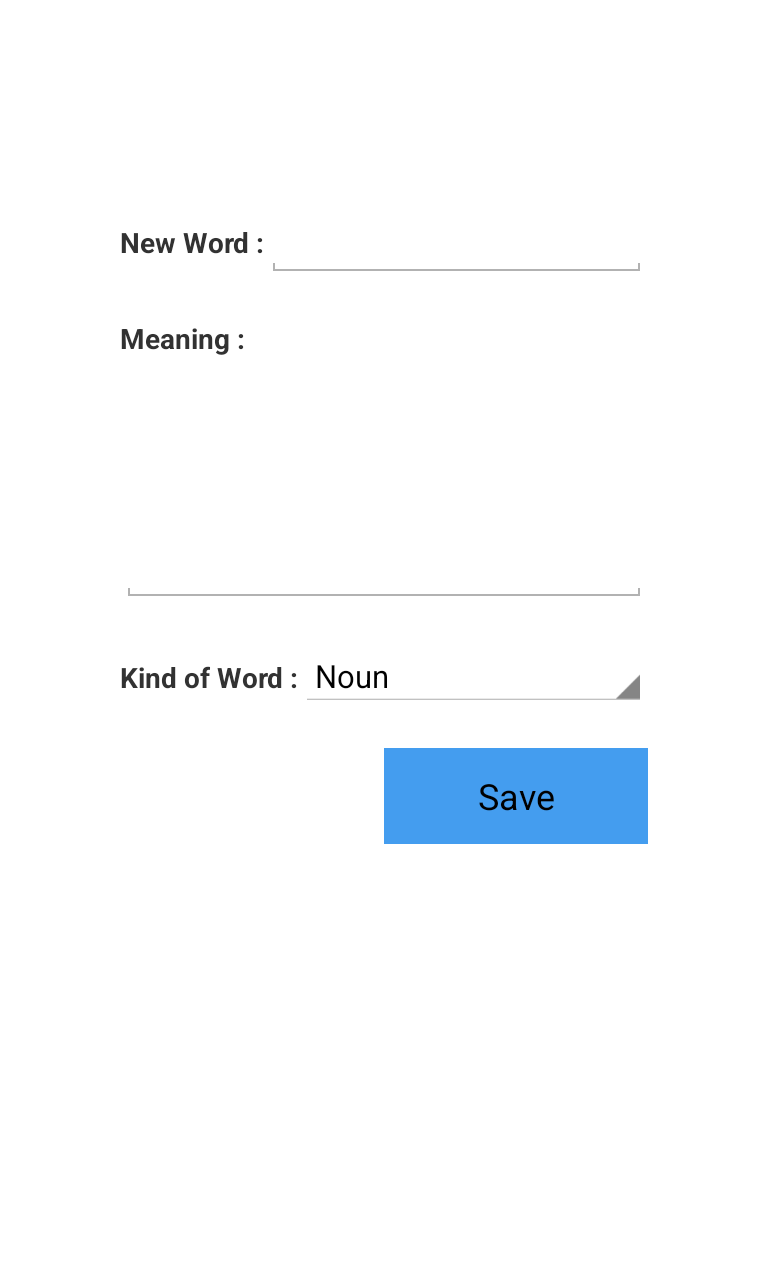
Repository: karno123/AndroidWordReminder
Layout: WordRemainder/res/layout/add_word_layout.xml
These files come from the project's save history. The layout is drawn as it stood at one moment and after the next save; the edit follows.
It is drawn on a 768 x 1280 px phone screen (xhdpi) without system bars, with theme AppTheme; the app's code is not run.

Above is the layout before, as saved 2014-07-06 08:14:19.

### WordRemainder/res/layout/add_word_layout.xml
<?xml version="1.0" encoding="utf-8"?>
<LinearLayout xmlns:android="http://schemas.android.com/apk/res/android"
    android:layout_width="fill_parent"
    android:layout_height="fill_parent"
    android:paddingLeft="60dp"
    android:paddingRight="60dp"
    android:paddingTop="80dp"
    android:orientation="vertical" >

    <LinearLayout
	        android:layout_width="fill_parent"
	        android:layout_height="wrap_content"
	        android:orientation="horizontal"
	        android:paddingTop="20dp">

        <TextView
	        android:id="@+id/text_new_word"
	        android:layout_width="wrap_content"
	        android:layout_height="wrap_content"
	        android:textStyle="bold"
	        android:text="@string/new_text_word"/>

         <EditText
	        android:inputType="text"
	        android:id="@+id/input_text_new_word"
	        android:layout_width="0dp"
	        android:layout_weight="0.8"
	        android:layout_height="wrap_content"
	        />

    </LinearLayout>

    <LinearLayout
            android:layout_width="fill_parent"
	        android:layout_height="wrap_content"
	        android:orientation="vertical"
	        android:paddingTop="20dp">
        <TextView
	        android:id="@+id/text_meaning_word"
	        android:layout_width="fill_parent"
	        android:layout_height="wrap_content"
	        android:textStyle="bold"
	        android:text="@string/meaning_word"
	        />

        <EditText
            android:id="@+id/input_text_meaning"
            android:layout_height="wrap_content"
            android:layout_width="fill_parent"
            android:gravity="top"
            android:inputType="textMultiLine"
            android:lines="5"
            android:singleLine="false" />

    </LinearLayout>

    <LinearLayout
            android:layout_width="fill_parent"
	        android:layout_height="wrap_content"
	        android:orientation="horizontal"
	        android:paddingTop="20dp">

         <TextView
	        android:id="@+id/kind_of_word_text"
	        android:layout_width="wrap_content"
	        android:layout_height="wrap_content"
	        android:textStyle="bold"
	        android:text="@string/kind_of_word"
	        />
	    <Spinner
	        android:id="@+id/kind_of_word"
	        android:layout_width="0dp"
	        android:layout_weight="1"
	        android:layout_height="wrap_content"
	        android:prompt="@string/kind_of_word_prompt"
	        android:entries="@array/word_arrays"

	        />
    </LinearLayout>

    <LinearLayout
            android:layout_width="fill_parent"
	        android:layout_height="wrap_content"
	        android:orientation="horizontal"
	        android:gravity="right"
	        android:paddingTop="20dp"
	        android:weightSum="2">

        	<Button
        	     android:id="@+id/add_new_word_button"
        	     android:layout_height="wrap_content"
        	     android:layout_width="0dip"
        	     android:layout_weight="1"
        	     android:text="@string/add_word_button"
        	     android:background="#449def"/>

    </LinearLayout>

</LinearLayout>

### WordRemainder/res/values/strings.xml
<?xml version="1.0" encoding="utf-8"?>
<resources>

    <string name="app_name">Word Remainder</string>
    <string name="action_settings">Settings</string>
    <string name="hello_world">Hello world!</string>
    <string name="splash_text">This is a splash text</string>
	<string name="add_word">Add New Word</string>
	<string name="view_word">View Word</string>
	<string name="setting">Setting Apps</string>


	<string name="addnewword_title">Add New Word</string>
	<string name="viewword_title">View Word</string>

	<string name="new_text_word">New Word     :</string>
	<string name="meaning_word"> Meaning       :</string>
	<string name="kind_of_word"> Kind of Word :  </string>

	<string name="kind_of_word_prompt">Choose kind of word</string>
	<string-array name="word_arrays">
	    <item>Noun</item>
	    <item>Verb</item>
	    <item>Adjective</item>
	    <item>Adverb</item>
	    <item>Interjection</item>
	    <item>Preposition</item>
	    <item>Conjunction</item>
	    <item>Pronoun</item>
	</string-array>

	<string name="add_word_button">  Save  </string>
	<string name="cancel_edit_word_button">Cancel</string>
	<string name="search_text">Search </string>

	<string name="main_word" >main_word </string>
	<string name="meaning">meaning karno <b>siahaan</b></string>

	<string name="updateWord">Update Word</string>


	<string name="setting_enable">Enable setting </string>
	<string name="word_per_day">Word per day  </string>
	<string name="reminder_time">Reminder time</string>
	<string name="word_per_day_def">50</string>

	<string name="setting_ok">OK</string>
	<string name="setting_Cancel">Cancel</string>

	<string name="setting_label">Setting</string>

	<string name="home">home</string>

</resources>

Loaded but not shown: WordRemainder/res/values/styles.xml (common file); WordRemainder/res/values-v11/styles.xml (common file); WordRemainder/res/values-v14/styles.xml (common file)

After the next save:
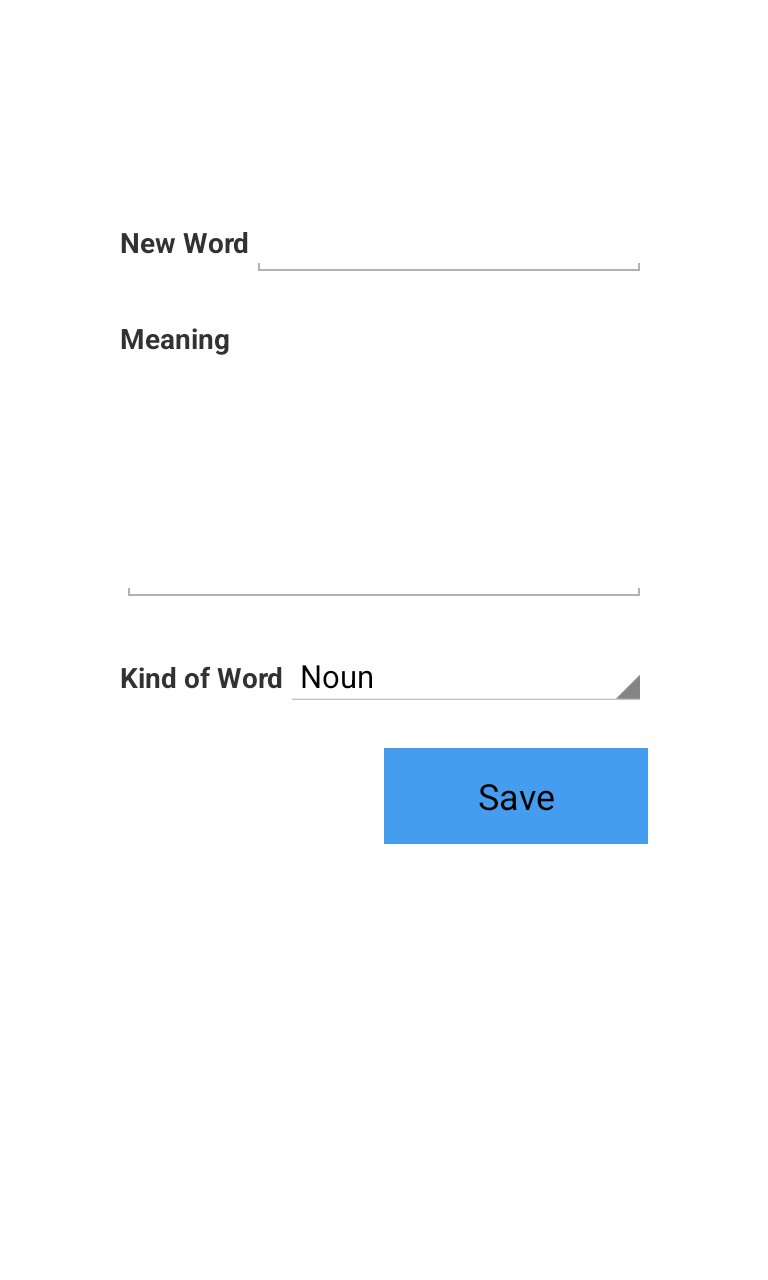
Saved 26 s later.
--- a/WordRemainder/res/values/strings.xml
+++ b/WordRemainder/res/values/strings.xml
@@ -13,9 +13,9 @@
 	<string name="addnewword_title">Add New Word</string>
 	<string name="viewword_title">View Word</string>
 
-	<string name="new_text_word">New Word     :</string>
-	<string name="meaning_word"> Meaning       :</string>
-	<string name="kind_of_word"> Kind of Word :  </string>
+	<string name="new_text_word">New Word     </string>
+	<string name="meaning_word"> Meaning       </string>
+	<string name="kind_of_word"> Kind of Word   </string>
 
 	<string name="kind_of_word_prompt">Choose kind of word</string>
 	<string-array name="word_arrays">
